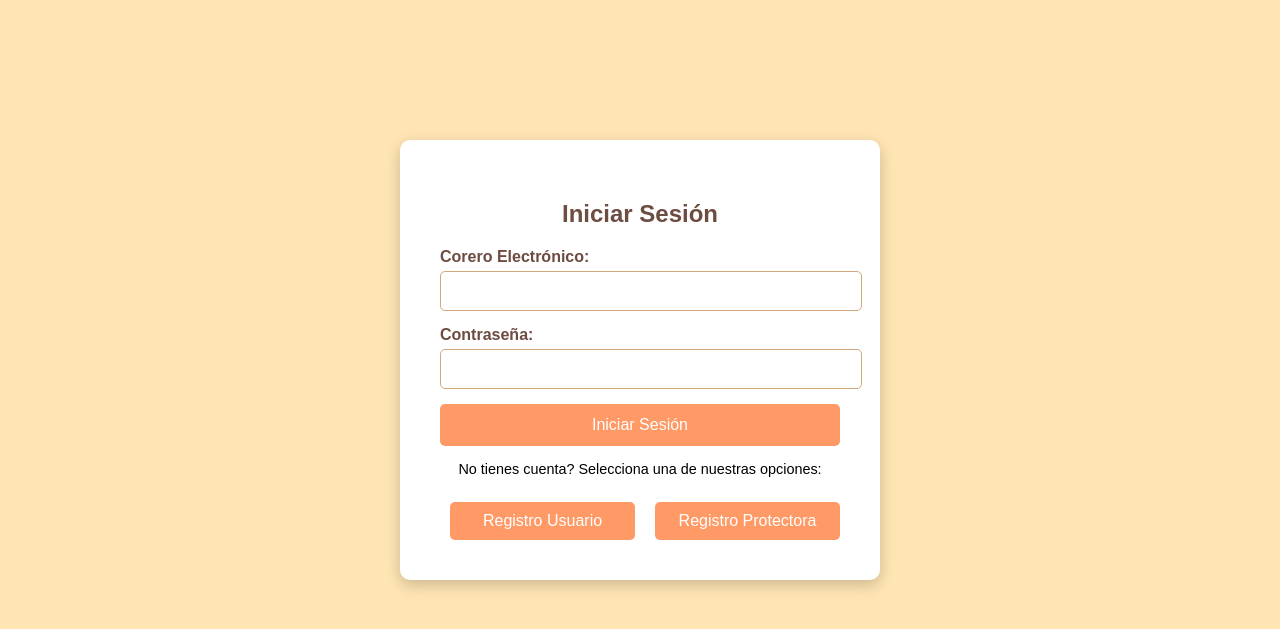
Repository: adriarodrisan/PetLover
Page: Paginas_web/Inicio_Sesion.html
An editor plug-in stored every save of this project. The page is shown before and after the next save, followed by the edit.
The browser window is 1280 px wide. The pictures show the whole page.

Above is the page before, as saved 2025-03-05 14:46:59.

### Paginas_web/Inicio_Sesion.html
<!DOCTYPE html>
<html lang="en">
<head>
    <meta charset="UTF-8">
    <meta name="viewport" content="width=device-width, initial-scale=1.0">
    <title>Pet_Lover - registros </title>
    <link rel="stylesheet" href="/Css_Paginas/Inicio_Session.css">
</head>
<body>
    <div class="fondo">
            <form id="loginForm" action="" method="POST">
                <h2>Iniciar Sesión</h2>
                <label for="email"> Corero Electrónico:</label>
                <input type="email" id="email" name="email" required>

                <label for="password">Contraseña:</label>
                <input type="password" id="password" name="password" required>

                <button type="submit"> Iniciar Sesión</button>

                <p> No tienes cuenta? Selecciona una de nuestras opciones:</p>
                <div class="registro-opciones">
                    <a href="/Paginas_web/registro.html"></a>
                        <button type="button" class="registrar">Registro Usuario</button>
                    </a>
                    <a href="/Paginas_web/registro_protectora.html"></a>
                        <button type="button" class="registrar"> Registro Protectora</button>
                    </a>
                </div>
            </form>
    </div>
</body>
</html>

### Css_Paginas/Inicio_Session.css
body{
    font-family: 'Arial', sans-serif;
    background-color: #ffe5b4;
    display: flex;
    justify-content: center;
    height: 100vh;
    margin: 0;
    align-items: center;

}
.fondo {
    background-color: white;
    padding: 40px;
    border-radius: 10px;
    box-shadow: 0px 5px 15px rgba(0, 0, 0, 0.2);
    text-align: center;
    width: 400px;
    display: flex;
    flex-direction: column;
    align-items: center;
}
h2{
    color: #6d4c41;
    margin-bottom: 20px;
}
form{
    display: flex;
    flex-direction: column;
    width: 100%;
}
label{
    text-align: left;
    font-weight: bold;
    color: #6d4c41;
    margin-bottom: 5px;
}
input{
    padding: 10px;
    margin-bottom: 15px;
    border: 1px solid #d3a87c;
    border-radius: 5px;
    font-size: 1rem;
    width: 100%;

}
button{
    background-color: #FF9966;
    color: white;
    padding: 12px;
    border: none;
    border-radius: 5px;
    cursor: pointer;
    font-size: 1rem;
    width: 100%;
}
button:hover{
    background-color: #FF7043;
}
p {
    margin-top: 15px;
    font-size: 0.9rem;
}

p a {
    color: #FF7043;
    text-decoration: none;
    font-weight: bold;
}

p a:hover {
    text-decoration: underline;
}
.registro-opciones {
    display: flex;
    justify-content: center;
    gap: 10px;
    margin-top: 10px;
}
.registrar {
    background-color: #FF9966;
    color: white;
    border: none;
    padding: 10px 15px;
    cursor: pointer;
    border-radius: 5px;
    transition: background 0.3s;
}

After the next save:
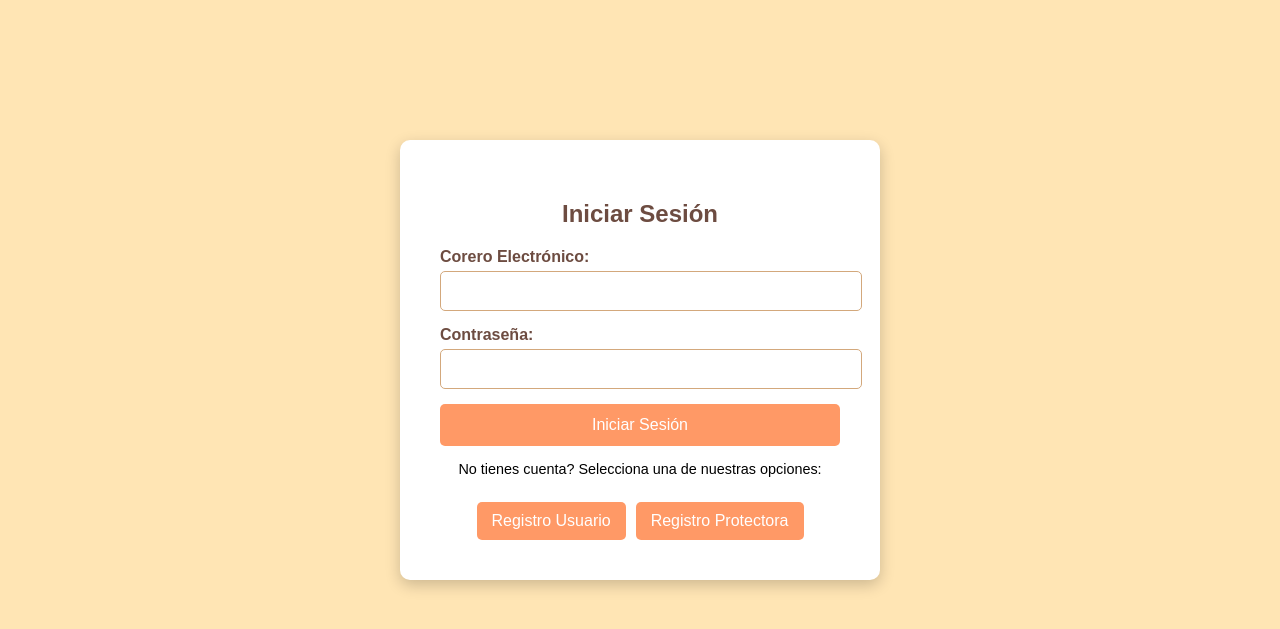
Saved 105 s later.
--- a/Paginas_web/Inicio_Sesion.html
+++ b/Paginas_web/Inicio_Sesion.html
@@ -20,10 +20,10 @@
 
                 <p> No tienes cuenta? Selecciona una de nuestras opciones:</p>
                 <div class="registro-opciones">
-                    <a href="/Paginas_web/registro.html"></a>
+                    <a href="/Paginas_web/registro.html">
                         <button type="button" class="registrar">Registro Usuario</button>
                     </a>
-                    <a href="/Paginas_web/registro_protectora.html"></a>
+                    <a href="/Paginas_web/registro_protectora.html">
                         <button type="button" class="registrar"> Registro Protectora</button>
                     </a>
                 </div>
